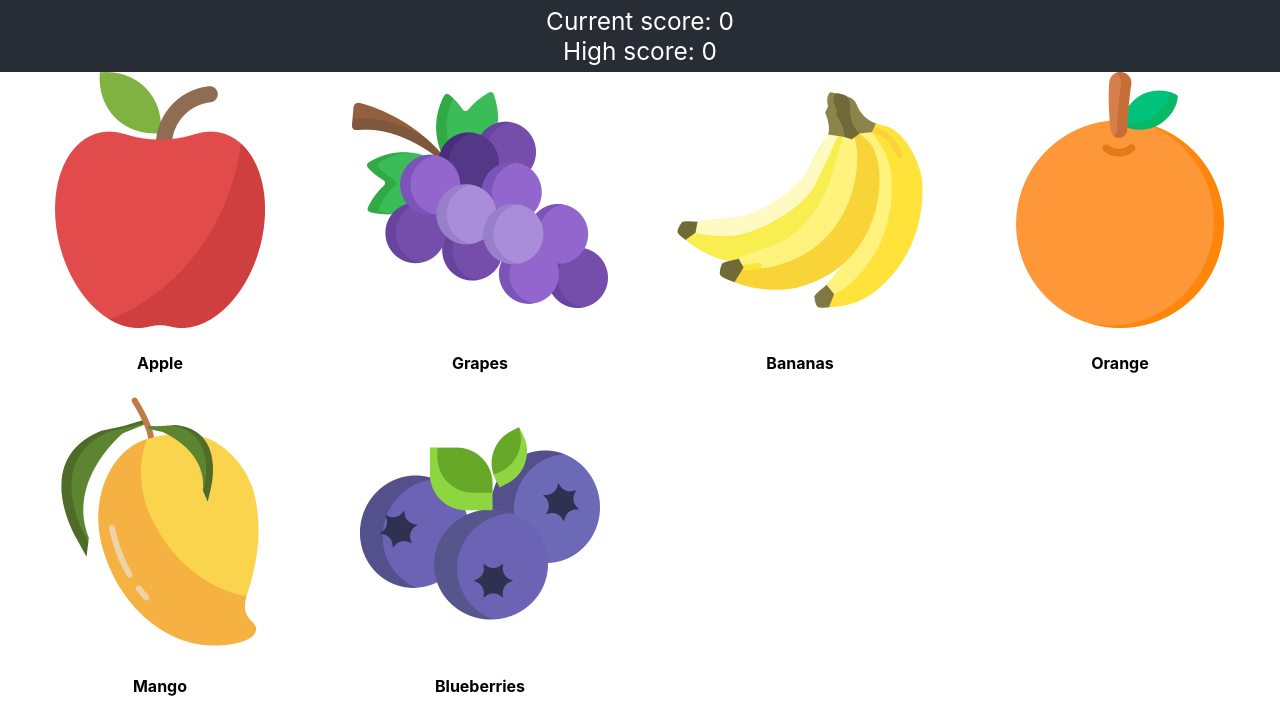
Repository: chin9/MemoryCard
Page: /
An editor plug-in stored every save of this project. The page is shown before and after a run of saves, followed by the edit.
The browser window is 1280 px wide. The pictures show the whole page.
The project was rebuilt for these pictures with package versions that can differ from the ones it lists, and the page was loaded fresh each time.

Above is the page before, as saved 2021-07-08 20:00:04.

After the next 2 saves:
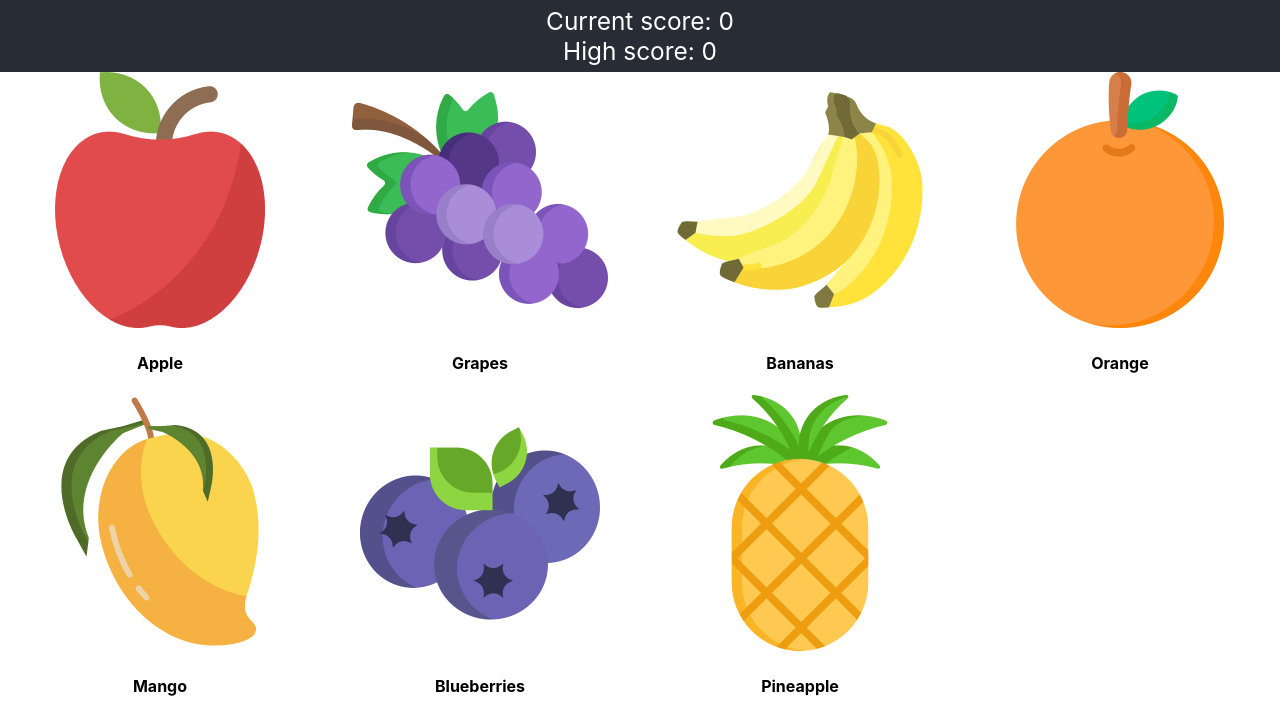
The 2 saves are shown as one change because 1 did not build or start.
The last was saved 2 min 10 s later.
--- a/src/components/Cards.js
+++ b/src/components/Cards.js
@@ -5,6 +5,7 @@ import bananas from '../images/bananas.png';
 import orange from '../images/orange-juice.png';
 import mango from '../images/mango.png';
 import blueberry from '../images/blueberry.png';
+import pineapple from '../images/pineapple.png';
 import '../style/Cards.css'
 
 const Cards = (props) => {
@@ -18,7 +19,7 @@ const Cards = (props) => {
         const orange = document.getElementById(3);
         const mango = document.getElementById(4);
         const blueberry = document.getElementById(5);
-
+        const pineapple = document.getElementById(6);
 
 
         function randomizeOrder() {
@@ -40,6 +41,7 @@ const Cards = (props) => {
         orange.addEventListener('click', ()=>{updateScoreWithFruit(orange)});
         mango.addEventListener('click', ()=>{updateScoreWithFruit(mango)});
         blueberry.addEventListener('click', ()=>{updateScoreWithFruit(blueberry)});
+        pineapple.addEventListener('click', ()=>{updateScoreWithFruit(pineapple)});
 
 
         console.log('mounted');
@@ -51,6 +53,7 @@ const Cards = (props) => {
             orange.removeEventListener('click', updateScoreWithFruit(orange));
             mango.removeEventListener('click', ()=>{updateScoreWithFruit(mango)});
             blueberry.removeEventListener('click', ()=>{updateScoreWithFruit(blueberry)});
+            pineapple.removeEventListener('click', ()=>{updateScoreWithFruit(pineapple)});
 
         }
 
@@ -85,6 +88,10 @@ const Cards = (props) => {
             <img src={blueberry} alt='mango' className='fruit' id={5}></img>
             <h4>Blueberries</h4>
         </div>
+        <div>
+            <img src={pineapple} alt='mango' className='fruit' id={6}></img>
+            <h4>Pineapple</h4>
+        </div>
     </div>
     );
 }
